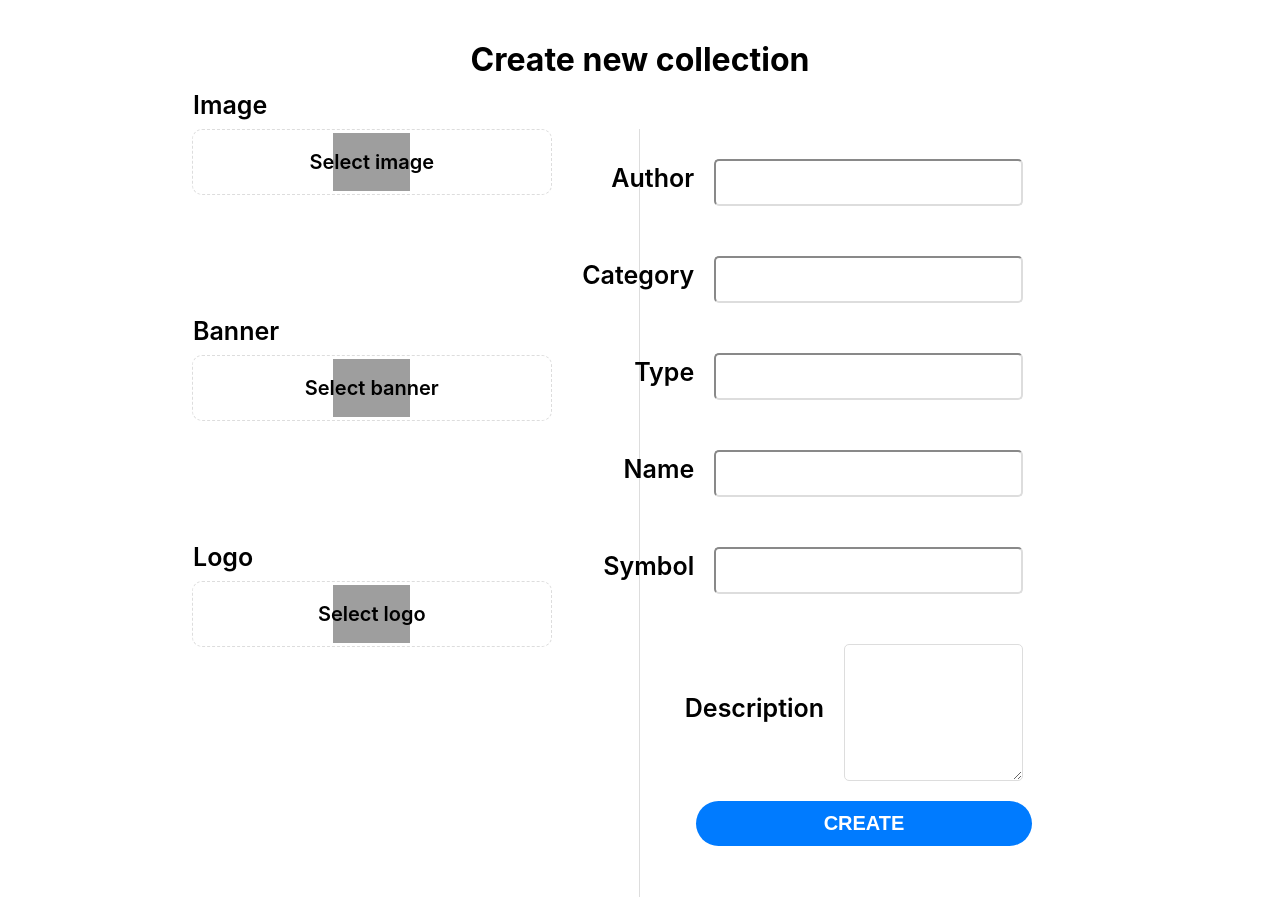
Repository: superHotBob/admin_nftillion
Page: /createcollection
These files come from the project's save history. The page is drawn as it stood at one moment and after the next save; the edit follows.
The browser window is 1280 px wide. The pictures show the whole page.
Pictures or frames that could not be fetched are drawn as grey boxes. The project was rebuilt for these pictures with package versions that can differ from the ones it lists, and the page was loaded fresh each time. Also part of the build but not shown: src/components/Login/styles.scss, src/components/Login/index.js, src/components/NavPanel/styles.scss, src/components/NavPanel/index.js, src/components/Users/index.js, src/components/Collections/index.js, src/components/Preminted/styles.scss, src/components/Preminted/index.js.

Above is the page before, as saved 2022-04-27 08:34:41.

### src/index.js
import React from "react";
import ReactDOM from "react-dom/client";
import "./index.css";
import { BrowserRouter } from "react-router-dom";
import "./index.css";
import App from "./App";

import reportWebVitals from "./reportWebVitals";

const root = ReactDOM.createRoot(document.getElementById("root"));
root.render(
  <React.StrictMode>
    <BrowserRouter>
      <App />
    </BrowserRouter>
  </React.StrictMode>
);

// If you want to start measuring performance in your app, pass a function
// to log results (for example: reportWebVitals(console.log))
// or send to an analytics endpoint. Learn more: https://bit.ly/CRA-vitals
reportWebVitals();

### src/App.js
import * as React from "react";
import { Routes, Route } from "react-router-dom";
import { LogIn } from "./components/Login";
import { Users } from "./components/Users";
import './App.css';
import { Collections } from "./components/Collections";
import { Preminted } from "./components/Preminted";
import { Create } from "./components/CreateCollection";

function App() {
  return (
    <div className="App">
    <Routes>
        <Route path="/" element={<LogIn />} />
        <Route path="users" element={<Users />} />
        <Route path="collections" element={<Collections />} />
        <Route path="preminted" element={<Preminted />} />
        <Route path="createcollection" element={<Create />} />
      </Routes>
    </div>
  );
}

export default App;

### src/components/CreateCollection/index.js
import * as React from "react";
import axios from "axios";

import "./styles.scss";

export const Create = () => {
  const [author, setAuthor] = React.useState('');
  const [category, setCategory] = React.useState('');
  const [type, setType] = React.useState('');
  const [nameCollection, setNameCollection] = React.useState('');
  const [symbol, setSymbol] = React.useState('');
  const [description, setDescription] = React.useState('');

  const [imageCollection, selectImageCollection] = React.useState();
  const [bannerCollection, selectBannerCollection] = React.useState();
  const [logoCollection, selectLogoCollection] = React.useState();

  const viewImage = async (event) => {
    let file = event.target.files[0];
    console.log(file);
    const reader = new FileReader();
    reader.onloadend = function () {
      selectImageCollection(reader.result);
    };
    reader.readAsDataURL(file);
  };
  const viewBanner = async (event) => {
    let file = event.target.files[0];
    console.log(file);
    const reader = new FileReader();
    reader.onloadend = function () {
      selectBannerCollection(reader.result);
    };
    reader.readAsDataURL(file);
  };
  const viewLogo = async (event) => {
    let file = event.target.files[0];
    console.log(file);
    const reader = new FileReader();
    reader.onloadend = function () {
      selectLogoCollection(reader.result);
    };
    reader.readAsDataURL(file);
  };
  function CreateCollection(event) {
    event.preventDefault();
    axios
    .post(
      "https://app.nftillion.io/admin/collection/create",
      {
        image: imageCollection,
        logo: logoCollection,
        banner: bannerCollection,
        author: author,
        category: category,
        type: type,
        metadata: {
            name: nameCollection,
            symbol: symbol,
            description: description
        }

      },
      {
        headers: {
          Authorization: `Bearer ${localStorage.getItem("accessToken")}`,
        },
      }
    )
    .then((res) => {
      console.log(res.data);
    });
  }
  return (
    <>
      <h1 className="header">Create new collection</h1>
      <div className="main_block_create">
        <div className="image_block">
          <form>
            <div
              className="image"
              style={{height: imageCollection ? '300px' : 'auto',
                background: `url(${imageCollection}) center / auto 90% no-repeat`,
              }}
            >
              {imageCollection && <img
                src="/icon_close.png"
                alt="close"
                height={25}
                width={25}
                style={{ float: "right", margin: 10, cursor: 'pointer' }}
                onClick={()=>selectImageCollection()}
              />}
              {!imageCollection && (
                <label>
                  Select image
                  <input
                    type="file"
                    style={{ display: "none" }}
                    id="file"
                    name="file"
                    accept="image/png, image/gif, image/webp, image/jpeg, video/mp4,audio/mp3"
                    onChange={(e) => viewImage(e)}
                  />
                </label>
              )}
            </div>
            <div
              className="banner"
              style={{ height: bannerCollection ? '300px' : 'auto',
                background: `url(${bannerCollection}) center / auto 90% no-repeat`,
              }}
            > {bannerCollection && <img
                src="/icon_close.png"
                alt="close"
                height={25}
                width={25}
                style={{ float: "right", margin: 10, cursor: 'pointer' }}
                onClick={()=>selectBannerCollection()}
              />}
              {!bannerCollection && (
                <label>
                  Select banner
                  <input
                    type="file"
                    style={{ display: "none" }}
                    id="file"
                    name="file"
                    accept="image/png, image/gif, image/webp, image/jpeg, video/mp4,audio/mp3"
                    onChange={(e) => viewBanner(e)}
                  />
                </label>
              )}
            </div>
            <div
              className="logo"
              style={{height: logoCollection ? '50px' : 'auto',
                background: `url(${logoCollection}) center / auto 90% no-repeat`,
              }}
            > {logoCollection && <img
                src="/icon_close.png"
                alt="close"
                height={25}
                width={25}
                style={{ float: "right", margin: 10, cursor: 'pointer' }}
                onClick={()=>selectLogoCollection()}
              />}
              {!logoCollection && (
                <label>
                  Select logo
                  <input
                    type="file"
                    style={{ display: "none" }}
                    id="file"
                    name="file"
                    accept="image/png, image/gif, image/webp, image/jpeg, video/mp4,audio/mp3"
                    onChange={(e) => viewLogo(e)}
                  />
                </label>
              )}
            </div>
          </form>
        </div>
        <div className="data_block">
          <form onSubmit={CreateCollection}>
          <label>
            Author
            <input type="text" required value={author} onChange={e=>setAuthor(e.target.value)}/>
          </label>
          <label>
            Category
            <input type="text" required value={category} onChange={e=>setCategory(e.target.value)}/>
          </label>
          <label>
            Type
            <input type="text"value={type} onChange={e=>setType(e.target.value)}/>
          </label>

            <label>
              Name
              <input type="text" value={nameCollection} onChange={e=>setNameCollection(e.target.value)}/>
            </label>
            <label>
              Symbol
              <input type="text" value={symbol} onChange={e=>setSymbol(e.target.value)}/>
            </label>
            <label>
              Description
              <textarea rows={5} value={description} onChange={e=>setDescription(e.target.value)}/>
            </label>


          <button type='submit'>CREATE</button>
          </form>
        </div>
      </div>
    </>
  );
};

### src/components/Users/styles.scss
.header {
  color: #000;
  padding: 20px 50px;
  margin: 0;
  border-bottom: 1px solid black;
  text-align: center;
  b {
    float: right;
    font-size: 16px;
    margin-top: 15px;
  }
}
header,
.data {
  display: flex;
  justify-content: space-around;
  font-size: 20px;
  span,
  label {
    width: 15%;
    display: inline-block;
  }
}
header {
  border-bottom: 1px solid black;
  font-size: 25px;
  font-weight: 600;
  padding: 20px 0;
}
.block_view {
  position: fixed;
  top: 20vh;
  padding: 20px;
  right: 40vw;
  width: 20vw;
  height: auto;
  transition: all 0.5s;
  background-color: #fff;
  box-shadow: 0 0px 8px 0px rgba(34, 60, 80, 0.2);
}
.block_hide {
  position: fixed;
  top: 20vh;
  transition: all 0.5s;
  right: 40vw;
  opacity: 0;
  overflow: hidden;
  width: 20vw;
  height: auto;
  background-color: #fff;
  box-shadow: 0 0px 8px 0px rgba(34, 60, 80, 0.2);
}
button {
  height: 45px;
  width: 65%;
  font-size: 20px;
  border-radius: 30px;
  cursor: pointer;
  font-weight: 600;
  color: #fff;
  border: none;
  outline: none;
}
button:first-of-type {
  background-color: red;
  width: 30%;
}
button:last-of-type {
  background-color: #007bff;
}
button:hover {
  opacity: 0.7;
  border-color: rgba(200, 255, 255, 1);
}
.block_button {
  display: flex;
  margin-top: 30px;
  justify-content: space-around;
}
.data_edit {
  span {
    display: block;
    font-size: 20px;
    margin: 20px;
  }
}
.header_edit {
  padding-bottom: 30px;
  font-size: 25px;
  border-bottom: 1px solid #000;
}

input[type="checkbox"] {
  width: 25px;
  height: 25px;
  margin: 0 20px;
}
textarea {
  width: 90%;
  padding: 10px 20px;
  outline: none;
  font-size: 20px;
  display: block;
}

b {
  font-size: 30px;
  margin: 0 10px 30px;
  display: block;
}

### src/components/Collections/styles.scss
.data {
    padding: 20px 0;
    margin: 0;
}
.data:hover {
    background-color: #c9c9c9;
    cursor: pointer;
}
.right_block_view {
    position: fixed;
    top: 0;
    padding: 20px;
    right: 0;
    width: 400px;
    height: 100vw;
    transition: all 0.5s;
    background-color: #fff;
    box-shadow: -7px 0px 8px 0px rgba(34, 60, 80, 0.2);
}
.right_block_hide {
    position: fixed;
    top: 0;
    transition: all 0.5s;
    right: -401px;
    width: 400px;
    height: 100vw;
    background-color: #fff;
    box-shadow: -7px 0px 8px 0px rgba(34, 60, 80, 0.2);
}
button {
    height: 45px;
    width: 65%;
    font-size: 20px;
    border-radius: 30px;
    cursor: pointer;
    font-weight: 600;
    color: #fff;
    border: none;
    outline: none;

}
button:first-of-type {
    background-color: red;
    width: 30%;
}
button:last-of-type {
    background-color: #007bff;
}
button:hover {
    opacity: 0.7;
    border-color: #f9f9ff;

}
.block_button {
    display: flex;
    margin-top: 30px;
    justify-content: space-around;
}
.data_edit {
    span {
        display: block;
        font-size: 18px;
        margin: 20px 0;
    }
}
.header_edit {
    padding-bottom:  30px;
    font-size: 25px;
    border-bottom: 1px solid #000;
}

input[type='checkbox'] {
    width: 25px;
    height: 25px;
    margin: 0 20px;
}

### src/components/CreateCollection/styles.scss
.main_block_create {
    display: flex;
    justify-content: space-between;
    width: 70vw;
    margin: 0 auto;

    .image_block {
        width: 50%;
        height: 60vh;
        .image,.banner, .logo {
            width: 80%;
            height: auto;
            border-radius: 10px;
            margin-bottom: 160px;
            border: 1px dashed #ddd;
            position: relative;
        }
        .image::before {
            content: 'Image';
            position: absolute;
            top: -40px;
            left: 0;
            font-size: 25px;
            font-weight: 600;

        }

        .logo::before {
            content: 'Logo';
            position: absolute;
            top: -40px;
            left: 0;
            font-size: 25px;
            font-weight: 600;

        }

        .banner::before {
            content: 'Banner';
            position: absolute;
            top: -40px;
            left: 0;
            font-size: 25px;
            font-weight: 600;

        }
        label {
            font-size: 20px;
            font-weight: 600;
            margin: 20px auto;
            width: 40%;
            display: block;
           cursor: pointer;
        }
    }
    .data_block {
        width: 50%;
        height: 60vw;
        border-left: 1px solid #ddd;
        label, legend {
            display: flex;
            justify-content: right;
            font-size: 25px;
            margin: 0 auto;
            padding: 20px;
            width: 80%;
            align-items: center;
            text-align: left;
            font-weight: 600;
            input, textarea {
                display: block;
                border-radius: 5px;
                padding: 10px 20px;
                border-color: #ddd;
                width: 300px;
                font-size: 20px;
                margin: 10px 20px 0;
                outline: none;
            }
        }
        button {
            width: 75%;
        }
        fieldset {
            border: none;
        }
    }
}
.header {
    margin: 20px 0 30px;
    border: none;
}

Loaded but not shown: public/index.html (common file); src/index.css (common file); src/reportWebVitals.js (common file); src/App.css (common file)

After the next save:
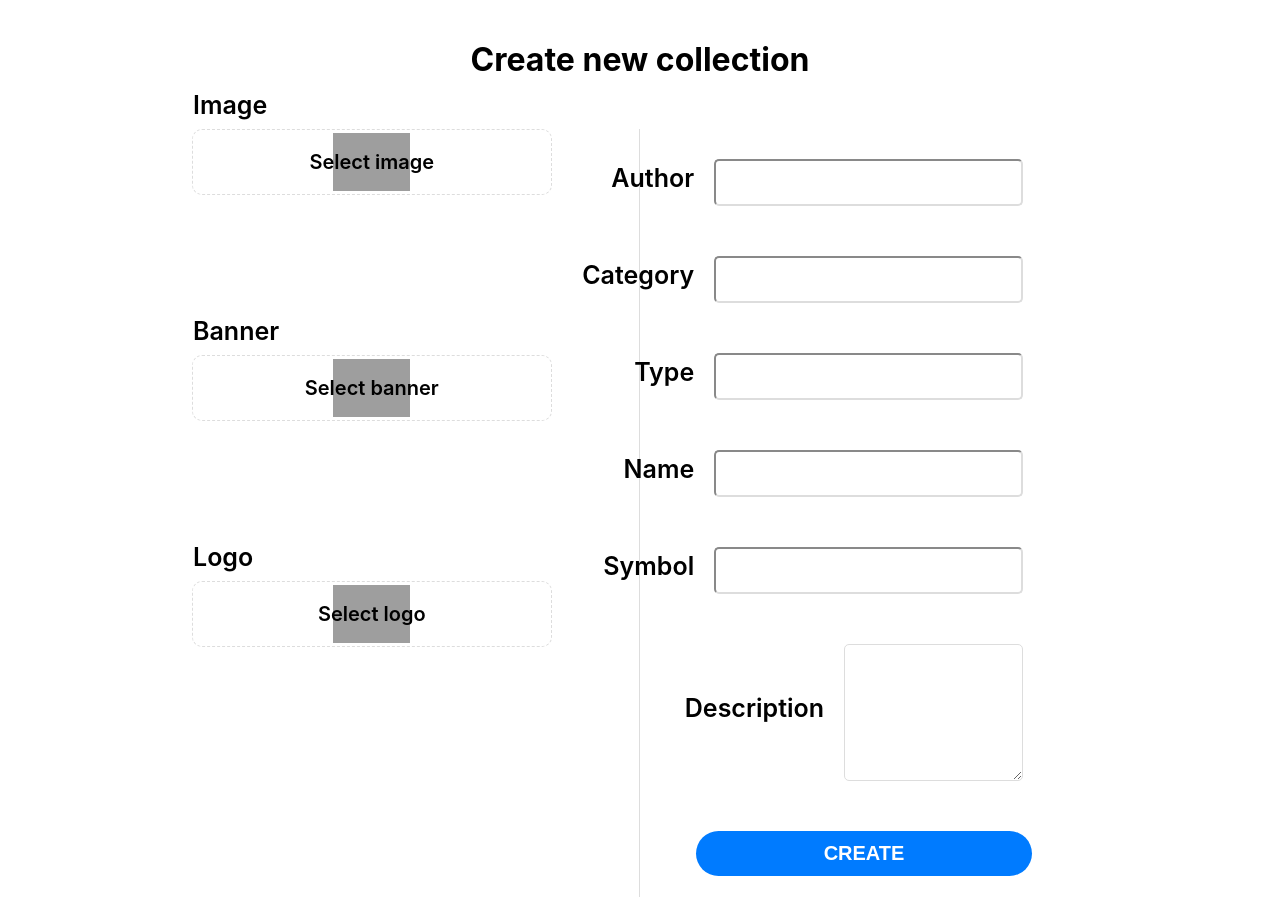
Saved 33 s later.
--- a/src/components/CreateCollection/styles.scss
+++ b/src/components/CreateCollection/styles.scss
@@ -80,10 +80,9 @@
         }
         button {
             width: 75%;
+            margin-top: 30px;
         }
-        fieldset {
-            border: none;
-        }
+
     }
 }
 .header {
